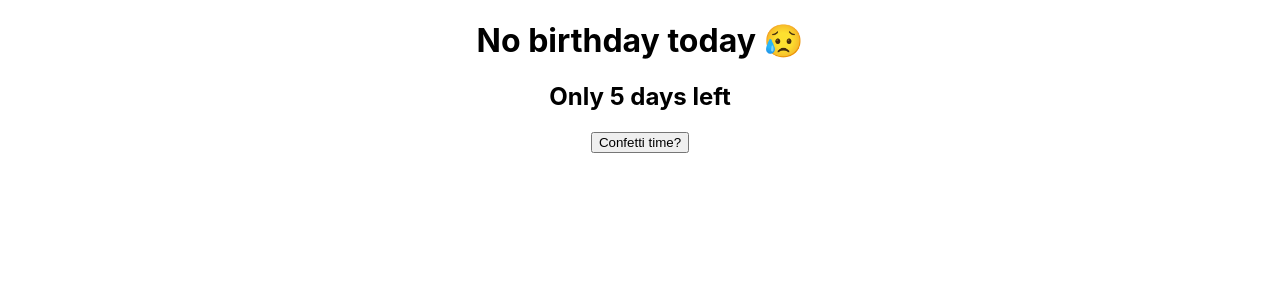
Repository: David-Waite/HannahsBirthdayWebsite
Page: /
The author's editor kept a copy of each file at every save. The page is drawn from the files as they stood at one save, then again after the next save.
The browser window is 1280 px wide. The pictures show the whole page.
The project was rebuilt for these pictures with package versions that can differ from the ones it lists, and the page was loaded fresh each time.

Above is the page before, as saved 2023-03-30 18:08:51.

### src/App.js
import "./App.css";

import Confetti from "react-confetti";

import { useState } from "react";

function App() {
  const [confetti, setConfetti] = useState(null);
  const [buttonText, setButtonText] = useState("Confetti time?");
  function isBirthdayToday() {
    const date = new Date();
    if (date.getMonth() === 3 && date.getDate() === 5) {
      return true;
    }
    return false;
  }

  function rainConfetti() {
    if (isBirthdayToday()) {
      setConfetti(true);
      setButtonText("Confetti time!");
    } else {
      setButtonText("no.");
    }
  }

  function getDaysUntilBirthday() {
    const date = new Date();
    const hannahBday = new Date(date.getFullYear(), 3, 5);
    const hannahBdayNextYear = new Date(date.getFullYear() + 1, 2, 29);
    const oneDay = 1000 * 60 * 60 * 24;

    let daysUntilBirthday;
    if (hannahBday < date) {
      daysUntilBirthday =
        Math.ceil(hannahBdayNextYear.getTime() - date.getTime()) / oneDay;
    } else {
      daysUntilBirthday =
        Math.ceil(hannahBday.getTime() - date.getTime()) / oneDay;
    }

    return daysUntilBirthday;
  }

  // 5th april
  let birthdayText;
  if (isBirthdayToday()) {
    birthdayText = <h1>Happy birthday!🥳</h1>;
  } else {
    birthdayText = (
      <>
        <h1>No birthday today 😥</h1>
        <h2>Only {Math.floor(getDaysUntilBirthday())} days left</h2>
      </>
    );
  }
  console.log(isBirthdayToday());
  const date = new Date();

  return (
    <div className="App">
      {confetti && <Confetti />}

      {birthdayText}
      <button onClick={rainConfetti}>{buttonText}</button>
    </div>
  );
}

export default App;

Loaded but not shown: public/index.html (common file); src/index.js (common file); src/index.css (common file); src/reportWebVitals.js (common file); src/App.css (common file)

After the next save:
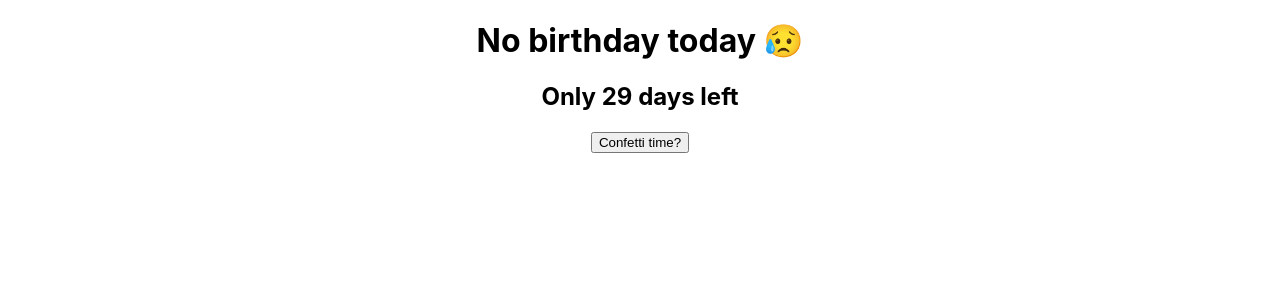
Saved 57 s later.
--- a/src/App.js
+++ b/src/App.js
@@ -26,7 +26,7 @@
 
   function getDaysUntilBirthday() {
     const date = new Date();
-    const hannahBday = new Date(date.getFullYear(), 3, 5);
+    const hannahBday = new Date(date.getFullYear(), 3, 29);
     const hannahBdayNextYear = new Date(date.getFullYear() + 1, 2, 29);
     const oneDay = 1000 * 60 * 60 * 24;
 

After the save that followed:
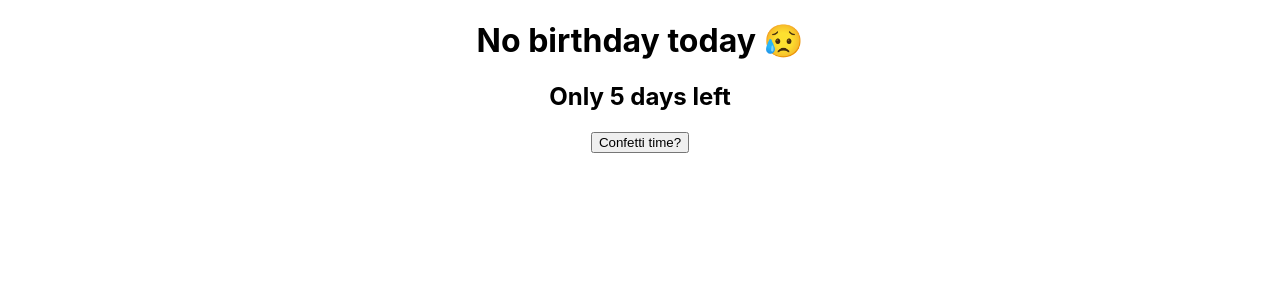
Saved 6 s later.
--- a/src/App.js
+++ b/src/App.js
@@ -20,13 +20,13 @@
       setConfetti(true);
       setButtonText("Confetti time!");
     } else {
-      setButtonText("no.");
+      setButtonText("no");
     }
   }
 
   function getDaysUntilBirthday() {
     const date = new Date();
-    const hannahBday = new Date(date.getFullYear(), 3, 29);
+    const hannahBday = new Date(date.getFullYear(), 3, 5);
     const hannahBdayNextYear = new Date(date.getFullYear() + 1, 2, 29);
     const oneDay = 1000 * 60 * 60 * 24;
 
